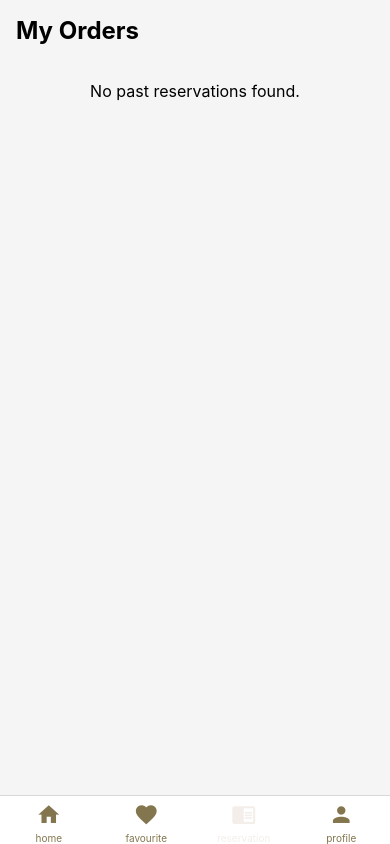
Repository: TemoshoS/restaurant-app
Screen: /reservation
The author's editor kept a copy of each file at every save. The screen is drawn from the files as they stood at one save, then again after the next save.
The page's requests for data from a server got no answer. The app was drawn by React Native's web renderer in a window 390 px wide. The project was rebuilt for these pictures with package versions that can differ from the ones it lists, and the page was loaded fresh each time. No one was signed in, and anything a server would have sent is missing. Also part of the build but not shown: Screens/LoginScreen.js, Screens/HomeScreen.js, Screens/RegisterScreen.js, Screens/RestaurantDetailsScreen.js, Screens/MenuScreen.js, Screens/ReservationScreen.js, Screens/ProfileScreen.js, Screens/FavoriteRestaurantScreen.js and 2 more.

Above is the screen before, as saved 2023-12-22 15:49:25.

### App.js
// Import necessary components and modules
import React, { useEffect, useState } from 'react';
import { StyleSheet } from 'react-native';
import { NavigationContainer } from '@react-navigation/native';
import { createStackNavigator } from '@react-navigation/stack';
import { createBottomTabNavigator } from '@react-navigation/bottom-tabs';
import LoginScreen from './Screens/LoginScreen';
import HomeScreen from './Screens/HomeScreen';
import RegisterScreen from './Screens/RegisterScreen';
import RestaurantScreen from './Screens/RestaurantScreen';
import RestaurantDetailsScreen from './Screens/RestaurantDetailsScreen';
import MenuScreen from './Screens/MenuScreen';
import ReservationScreen from './Screens/ReservationScreen';
import PastReserevationScreen from './Screens/PastReserevationScreen';
import ProfileScreen from './Screens/ProfileScreen';
import store from './store/store';
import { Provider } from 'react-redux';
import MaterialCommunityIcons from 'react-native-vector-icons/MaterialCommunityIcons';
import FavoriteRestaurantScreen from './Screens/FavoriteRestaurantScreen';
import ForgotPasswordScreen from './Screens/ForgotPasswordScreen'
import Dashboard from './Screens/Dashboard';
import { auth } from './config/firebase';

const Stack = createStackNavigator();
const Tab = createBottomTabNavigator();

export default function App() {
  const [isAdmin, setIsAdmin] = useState(false);

  useEffect(() => {
    const checkAdminStatus = async () => {
      const user = auth.currentUser;
      const isAdminUser = user ? user.email === 'temosho@admin.co' : false; // Replace with your admin email
      setIsAdmin(isAdminUser);
    };

    checkAdminStatus();
  }, []);

  function MainStack() {
    return (
      <Stack.Navigator initialRouteName='Restaurants'>
        <Stack.Screen name="Restaurants" component={RestaurantScreen} options={{ headerShown: false }} />
        <Stack.Screen name='Welcome' component={HomeScreen} options={{ headerShown: false }} />
        <Stack.Screen name='Login' component={LoginScreen} options={{ headerShown: false }} />
        <Stack.Screen name='Register' component={RegisterScreen} options={{ headerShown: false }} />
        <Stack.Screen name='Restaurant info' component={RestaurantDetailsScreen} options={{
          headerShown: true,
          headerStyle: {
            backgroundColor: '#83764F',
          },
          headerTitle: '',
          headerTitleStyle: {
            color: '#F3EEEA',
            fontWeight: 'bold',
            fontSize: 18,
          },
          headerTintColor: '#F3EEEA',
          headerBackTitleVisible: false,
          headerBackImage: () => (
            <MaterialCommunityIcons name="arrow-left" size={24} color="#F3EEEA" />
          ),
        }}  />
        <Stack.Screen name='Menu' component={MenuScreen} options={{
          headerShown: true,
          headerStyle: {
            backgroundColor: '#83764F',
          },
          headerTitle: '',
          headerTitleStyle: {
            color: '#F3EEEA',
            fontWeight: 'bold',
            fontSize: 18,
          },
          headerTintColor: '#F3EEEA',
          headerBackTitleVisible: false,
          headerBackImage: () => (
            <MaterialCommunityIcons name="arrow-left" size={24} color="#F3EEEA" />
          ),
        }} />
        {!isAdmin && (
          <Stack.Screen name='ReservationScreen' component={ReservationScreen} options={{
            headerShown: true,
            headerStyle: {
              backgroundColor: '#83764F',
            },
            headerTitle: '',
            headerTitleStyle: {
              color: '#F3EEEA',
              fontWeight: 'bold',
              fontSize: 18,
            },
            headerTintColor: '#F3EEEA',
            headerBackTitleVisible: false,
            headerBackImage: () => (
              <MaterialCommunityIcons name="arrow-left" size={24} color="#F3EEEA" />
            ),
          }}/>
        )}
        <Stack.Screen name='profile' component={ProfileScreen} options={{ headerShown: false }} />
        <Stack.Screen name='dashboard' component={Dashboard} options={{ headerShown: false }} />
        <Stack.Screen name='ForgotPasswordScreen' component={ForgotPasswordScreen} options={{ headerShown: false }} />
      </Stack.Navigator>
    );
  }

  function TabNavigator() {
    return (
      <Tab.Navigator
        tabBarOptions={{
          activeTintColor: '#F3EEEA',
          inactiveTintColor: '#83764F',
        }}
      >
        <Tab.Screen
          name="home"
          component={MainStack}
          options={{
            headerShown: false,
            tabBarIcon: ({ color, size }) => (
              <MaterialCommunityIcons name="home" color={color} size={size} />
            ),
          }}
        />
        {!isAdmin && (
          <Tab.Screen
            name="favourite"
            component={FavoriteRestaurantScreen}
            options={{
              headerShown: false,
              tabBarIcon: ({ color, size }) => (
                <MaterialCommunityIcons name="heart" color={color} size={size} />
              ),
            }}
          />
        )}
        {!isAdmin && (
          <Tab.Screen
            name="reservation"
            component={PastReserevationScreen}
            options={{
              headerShown: false,
              tabBarIcon: ({ color, size }) => (
                <MaterialCommunityIcons name="book-open" color={color} size={size} />
              ),
            }}
          />
        )}
        <Tab.Screen
          name="profile"
          component={ProfileScreen}
          options={{
            headerShown: false,
            tabBarIcon: ({ color, size }) => (
              <MaterialCommunityIcons name="account" color={color} size={size} />
            ),
          }}
        />
      </Tab.Navigator>
    );
  }

  return (
    <Provider store={store}>
      <NavigationContainer>
        <TabNavigator />
      </NavigationContainer>
    </Provider>
  );
}

const styles = StyleSheet.create({
  container: {
    flex: 1,
    backgroundColor: 'black',
    alignItems: 'center',
    justifyContent: 'center',
  },
});

### Screens/PastReserevationScreen.js
import React, { useEffect, useState } from 'react';
import { connect } from 'react-redux';
import { fetchPastReservations } from '../actions/reserveAction';
import { StyleSheet, Text, View, ScrollView } from 'react-native';
import { Table, Row } from 'react-native-table-component';
import { getAuth, onAuthStateChanged } from 'firebase/auth';

const PastReservationScreen = ({ pastReservations, fetchPastReservations }) => {
  const [currentUserId, setCurrentUserId] = useState(null);

  useEffect(() => {
    const auth = getAuth();
    const unsubscribe = onAuthStateChanged(auth, (user) => {
      if (user) {
        setCurrentUserId(user.uid);
        fetchPastReservations(user.uid);
      } else {
        setCurrentUserId(null);
      }
    });

    return () => unsubscribe();
  }, [fetchPastReservations]);

  const getStatusColor = (status) => {
    switch (status) {
      case 'booked':
        return 'green';
      case 'canceled':
        return 'red';
        case 'pending':
          return 'orange';
      default:
        return '#E7E6E1';
    }
  };



  return (
    <ScrollView style={styles.container}>
      <Text style={styles.title}>My Orders</Text>
      {pastReservations.length > 0 ? (
        pastReservations.map((reservation, index) => (
          <View key={index} style={styles.reservationCard}>
            <View style={styles.cardHeader}>
              <Text style={styles.reservationDate}>
                {new Date(reservation.selectedDate.seconds * 1000).toLocaleDateString()}
              </Text>
              <Text style={styles.restaurantName}>{reservation.restName}</Text>
            </View>

            <Table borderStyle={{ borderWidth: 1, borderColor: '#C1C0B9' }}>
              <Row
                data={['Location:', reservation.restLocation]}
                style={styles.tableRow}
                textStyle={styles.info}
              />
              <Row
                data={['Full Name:', reservation.fullName]}
                style={styles.tableRow}
                textStyle={styles.info}
              />
              <Row
                data={['Phone Number:', reservation.phone]}
                style={styles.tableRow}
                textStyle={styles.info}
              />
              <Row
                data={['Occasion:', reservation.occasion]}
                style={styles.tableRow}
                textStyle={styles.info}
              />
              <Row
                data={['Number of Guests:', reservation.numOfGuests]}
                style={styles.tableRow}
                textStyle={styles.info}
              />
              <Row
              data={['Status:', reservation.status]}
              style={[styles.tableRow, { backgroundColor: getStatusColor(reservation.status) }]}
              textStyle={styles.info}
            />
            </Table>
          </View>
        ))
      ) : (
        <Text style={styles.emptyMessage}>No past reservations found.</Text>
      )}
    </ScrollView>
  );
};

const mapStateToProps = (state) => ({
  pastReservations: state.reservation.pastReservations,
});

export default connect(mapStateToProps, { fetchPastReservations })(PastReservationScreen);

const styles = StyleSheet.create({
  container: {
    flex: 1,
    padding: 16,
    backgroundColor: '#F5F5F5',
  },
  title: {
    fontSize: 24,
    fontWeight: 'bold',
    marginBottom: 16,
  },
  reservationCard: {
    backgroundColor: 'white',
    borderRadius: 8,
    padding: 16,
    marginBottom: 16,
    shadowColor: '#000',
    shadowOffset: { width: 0, height: 2 },
    shadowOpacity: 0.2,
    shadowRadius: 4,
    elevation: 5,
  },
  cardHeader: {
    flexDirection: 'row',
    justifyContent: 'space-between',
    marginBottom: 12,
  },
  reservationDate: {
    fontSize: 14,
    fontWeight: 'bold',
  },
  restaurantName: {
    fontSize: 14,
    color: '#007BFF',
  },
  tableRow: {
    height: 40,
    backgroundColor: '#E7E6E1',
  },
  info: {
    fontSize: 16,
    textAlign: 'center',
  },
  emptyMessage: {
    fontSize: 16,
    textAlign: 'center',
    marginTop: 20,
  },
});

### store/store.js
import { createStore, applyMiddleware, combineReducers } from 'redux';
import thunk from 'redux-thunk';
import restaurantsReducer from '../reducers/restaurantsReducer';
import reserveReducer from '../reducers/reserveReducer';
import authReducer from '../reducers/authReducer';
import favoriteRestaurantsReducer from '../reducers/favoriteRestaurantsReducer';


const rootReducer = combineReducers({
  restaurants: restaurantsReducer,
  reservation: reserveReducer,
  auth: authReducer,
  favoriteRestaurants: favoriteRestaurantsReducer,

});

const store = createStore(rootReducer, applyMiddleware(thunk));

export default store;

### config/firebase.js
// Import the functions you need from the SDKs you need
import { initializeApp } from "firebase/app";
import { getAnalytics } from "firebase/analytics";

import {getAuth} from 'firebase/auth';
import {getFirestore} from 'firebase/firestore'
// TODO: Add SDKs for Firebase products that you want to use
// https://firebase.google.com/docs/web/setup#available-libraries

// Your web app's Firebase configuration
// For Firebase JS SDK v7.20.0 and later, measurementId is optional
const firebaseConfig = {
  apiKey: "AIzaSyDa4_cUmrR60k82VypxJ_US-F7FEiItCL4",
  authDomain: "restaurant-app-da7bc.firebaseapp.com",
  projectId: "restaurant-app-da7bc",
  storageBucket: "restaurant-app-da7bc.appspot.com",
  messagingSenderId: "598136487640",
  appId: "1:598136487640:web:f77577fdc1710db8c1a1ad",
  measurementId: "G-6D4DHL06Z0"
};

// Initialize Firebase
const app = initializeApp(firebaseConfig);
const analytics = getAnalytics(app);

const auth = getAuth(app)
const db = getFirestore(app)
export {auth, db}

### actions/authActions.js
import { sendPasswordResetEmail } from 'firebase/auth';
import { auth } from '../config/firebase';
export const LOGIN_SUCCESS = 'LOGIN_SUCCESS';
export const REGISTER_SUCCESS = 'REGISTER_SUCCESS';
export const FORGOT_PASSWORD_REQUEST = 'FORGOT_PASSWORD_REQUEST';
export const FORGOT_PASSWORD_SUCCESS = 'FORGOT_PASSWORD_SUCCESS';
export const FORGOT_PASSWORD_FAILURE = 'FORGOT_PASSWORD_FAILURE';
export const LOGOUT = 'LOGOUT';

export const loginSuccess = (user) => ({
  type: LOGIN_SUCCESS,
  payload: user,
});

export const registerSuccess = (user) => ({
  type: REGISTER_SUCCESS,
  payload: user,
});

export const forgotPasswordRequest = () => ({
  type: FORGOT_PASSWORD_REQUEST,
});

export const forgotPasswordSuccess = () => ({
  type: FORGOT_PASSWORD_SUCCESS,
});

export const forgotPasswordFailure = (error) => ({
  type: FORGOT_PASSWORD_FAILURE,
  payload: error,
});

export const forgotPassword = (email) => {
  return async (dispatch) => {
    dispatch(forgotPasswordRequest());

    try {
      await sendPasswordResetEmail(auth, email);
      dispatch(forgotPasswordSuccess());
    } catch (error) {
      dispatch(forgotPasswordFailure(error));
    }
  };
};

export const logout = () => ({
  type: LOGOUT,
});

### actions/restaurant.js
import { db } from "../config/firebase";
import { collection ,getDocs} from "firebase/firestore";

export const FETCH_RESTAURANTS = 'FETCH_RESTAURANTS';

export const fetchRestaurants = () => {
  return async (dispatch) => {
    const restaurantsCollection = collection(db, 'restaurants');
    const snapshot = await getDocs(restaurantsCollection);
    const restaurants = [];
    snapshot.forEach((doc) => {
      restaurants.push(doc.data());
    });
    dispatch({ type: FETCH_RESTAURANTS, payload: restaurants });
  };
};

### components/navbar.js
import React,{useState, useEffect} from 'react';
import { StyleSheet, Text, View } from 'react-native';
import Icon from 'react-native-vector-icons/FontAwesome';
import { getAuth, onAuthStateChanged } from 'firebase/auth';


const Navbar = () => {
  const [currentUser, setCurrentUser] = useState(null);

  useEffect(()=>{
    const auth = getAuth();

    const unsubscribe = onAuthStateChanged(auth, (user)=>{
      if (user) {
        setCurrentUser(user.displayName);

      } else {
        setCurrentUser(null);

      }
    });

    return()=> unsubscribe();
  },[]);

  const getCurrentTimeOfDay = () => {
    const currentHour = new Date().getHours();
    if (currentHour >= 0 && currentHour < 12) {
      return 'morning';
    } else if (currentHour >= 12 && currentHour < 18) {
      return 'afternoon';
    } else {
      return 'evening';
    }
  };

  return (
    <View style={styles.container}>
      <View style={styles.user}>
        <Text style={styles.greetingText}>
          Good {getCurrentTimeOfDay()},
        </Text>
        <View style={styles.userRow}>
          <Icon name="user" size={20} color="#fff" />
          <Text style={styles.userText}>{currentUser}</Text>
        </View>
      </View>
    </View>
  );
};

const styles = StyleSheet.create({
  container: {
    backgroundColor: '#83764F',
    paddingVertical: 10,
    paddingHorizontal: 20,
    marginBottom: 40,
  },
  user: {
    flexDirection: 'row',
    alignItems: 'center',
  },
  greetingText: {
    fontSize: 20,
    fontWeight: 'bold',
    color: '#fff',
    fontFamily: 'Roboto Slab',
  },
  userRow: {
    flexDirection: 'row',
    alignItems: 'center',
    marginLeft: 100
  },
  userText: {
    marginLeft: 10,
    fontSize: 18,
    fontWeight: 'bold',
    color: '#fff',
  },
});

export default Navbar;

### components/search.js
import React from 'react';
import { StyleSheet, View, TextInput } from 'react-native';
import { Ionicons } from '@expo/vector-icons'; // You may need to install the Ionicons package

const Search = ({ onSearch }) => {
  return (
    <View style={styles.container}>
      <View style={styles.inputContainer}>
        <Ionicons name="search" size={24} color="#666" style={styles.searchIcon} />
        <TextInput
          style={styles.searchInput}
          placeholder="Search"
          placeholderTextColor="#666"
          onChangeText={(text) => onSearch(text)}
        />
      </View>
    </View>
  );
};

const styles = StyleSheet.create({
  container: {
    alignItems: 'center',
    marginBottom: 20
  },
  inputContainer: {
    flexDirection: 'row',
    alignItems: 'center',
    backgroundColor: '#ccc',
    paddingVertical: 8,
    paddingHorizontal: 12,
    borderRadius: 25,
  },
  searchIcon: {
    marginRight: 10,
  },
  searchInput: {
    flex: 1,
    fontSize: 16,
    color: '#333',

  },
});

export default Search;

### actions/reserveAction.js
import { db } from "../config/firebase";
import { collection, addDoc, getDocs, query, where } from "firebase/firestore";

export const RESERVE_SUCCESS = "RESERVE_SUCCESS";
export const RESERVE_FAILURE = "RESERVE_FAILURE";
export const FETCH_ALL_RESERVATIONS = 'FETCH_ALL_RESERVATIONS';
export const FETCH_PAST_RESERVATIONS = 'ETCH_PAST_RESERVATIONS';


export const reserveTable = (reservationData) => {
  return async (dispatch) => {
    try {
      // Save the reservation data to Firestore
      const ordersCollection = collection(db, "Orders");
      const docRef = await addDoc(ordersCollection, reservationData);


      dispatch({ type: RESERVE_SUCCESS, payload: docRef });
    } catch (error) {

      dispatch({ type: RESERVE_FAILURE, payload: error.message });
    }
  };
};

export const fetchPastReservations = (userId) => {
  return async (dispatch) => {
    try {

      //query to fetch reservations based on the userId
      const reservationsCollection = collection(db, 'Orders');
      const userQuery = query(reservationsCollection, where('userId', '==', userId));

      const snapshot = await getDocs(userQuery);

      const pastReservations = [];
      snapshot.forEach((doc) => {
        pastReservations.push(doc.data());
      });


      dispatch({ type: FETCH_PAST_RESERVATIONS, payload: pastReservations });
    } catch (error) {
      // Handle errors
      console.error('Error fetching past reservations:', error);
    }
  };
}


export const fetchAllReservations = () => {
  return async (dispatch) => {
    try {
      // Query to fetch all reservations
      const reservationsCollection = collection(db, 'Orders');
      const snapshot = await getDocs(reservationsCollection);
      const allReservations = [];

      snapshot.forEach((doc) => {
        allReservations.push(doc.data());
      });

      dispatch({ type: FETCH_ALL_RESERVATIONS, payload: allReservations });
    } catch (error) {
      console.error('Error fetching all reservations:', error);
    }
  };
};

### reducers/restaurantsReducer.js
import { FETCH_RESTAURANTS } from "../actions/restaurant";


const initialState = {
    restaurants: [],
};

const restaurantsReducer = (state = initialState, action) =>{

    switch (action.type) {
        case FETCH_RESTAURANTS:
          return { ...state, restaurants: action.payload };
        default:
          return state;
      }


};

export default restaurantsReducer;

### reducers/reserveReducer.js
import { RESERVE_SUCCESS, RESERVE_FAILURE, FETCH_PAST_RESERVATIONS,FETCH_ALL_RESERVATIONS } from "../actions/reserveAction";

const initialState = {
  reservationSuccess: null,
  reservationError: null,
  pastReservations: [],
  allReservations: [],
  loading: false,
};

const reserveReducer = (state = initialState, action) => {
  switch (action.type) {
    case RESERVE_SUCCESS:
      return { ...state, reservationSuccess: action.payload, reservationError: null };
    case RESERVE_FAILURE:
      return { ...state, reservationSuccess: null, reservationError: action.payload };
    case FETCH_PAST_RESERVATIONS:
      return { ...state, pastReservations: action.payload };
      case FETCH_ALL_RESERVATIONS:
        return { ...state, allReservations: action.payload, loading: false };
    default:
      return state;
  }
};

export default reserveReducer;

### reducers/authReducer.js
import {
  LOGIN_SUCCESS,
  REGISTER_SUCCESS,
  LOGOUT ,
  FORGOT_PASSWORD_REQUEST,
  FORGOT_PASSWORD_SUCCESS,
  FORGOT_PASSWORD_FAILURE,} from '../actions/authActions';

const initialState = {
  user: null,
  isAuthenticated: false,
  forgotPasswordLoading: false,
  forgotPasswordSuccess: false,
  forgotPasswordError: null,

};

const authReducer = (state = initialState, action) => {
  switch (action.type) {
    case LOGIN_SUCCESS:
    case REGISTER_SUCCESS:
      return {
        ...state,
        user: action.payload,
        isAuthenticated: true,
      };
      case FORGOT_PASSWORD_REQUEST:
        return {
          ...state,
          forgotPasswordLoading: true,
          forgotPasswordSuccess: false,
          forgotPasswordError: null,
        };
      case FORGOT_PASSWORD_SUCCESS:
        return {
          ...state,
          forgotPasswordLoading: false,
          forgotPasswordSuccess: true,
          forgotPasswordError: null,
        };
      case FORGOT_PASSWORD_FAILURE:
      return {
        ...state,
        forgotPasswordLoading: false,
        forgotPasswordSuccess: false,
        forgotPasswordError: action.payload,
      };
    case LOGOUT:
      return {
        ...state,
        user: null,
        isAuthenticated: false,
      };
    default:
      return state;
  }
};

export default authReducer;

### reducers/favoriteRestaurantsReducer.js
import { FETCH_FAV_RESTAURANTS } from "../actions/favoriteRestaurantActions";


const initialState = {
    favRestaurants: [],
};

const favRestaurantsReducer = (state = initialState, action) =>{

    switch (action.type) {
        case FETCH_FAV_RESTAURANTS:
          return { ...state, favRestaurants: action.payload };
        default:
          return state;
      }


};

export default favRestaurantsReducer;

### actions/favoriteRestaurantActions.js
import { db } from "../config/firebase";
import { collection ,getDocs} from "firebase/firestore";

export const FETCH_FAV_RESTAURANTS = 'FETCH_FAV_RESTAURANTS';

export const fetchFavouriteRestaurants = () => {
  return async (dispatch) => {
    const restaurantsCollection = collection(db, 'favouriteRestaurants');
    const snapshot = await getDocs(restaurantsCollection);
    const favRestaurants = [];
    snapshot.forEach((doc) => {
      favRestaurants.push(doc.data());
    });
    dispatch({ type: FETCH_FAV_RESTAURANTS, payload: favRestaurants });
  };
};

Loaded but not shown: Screens/RestaurantScreen.js (497 lines, source omitted)

After the next save:
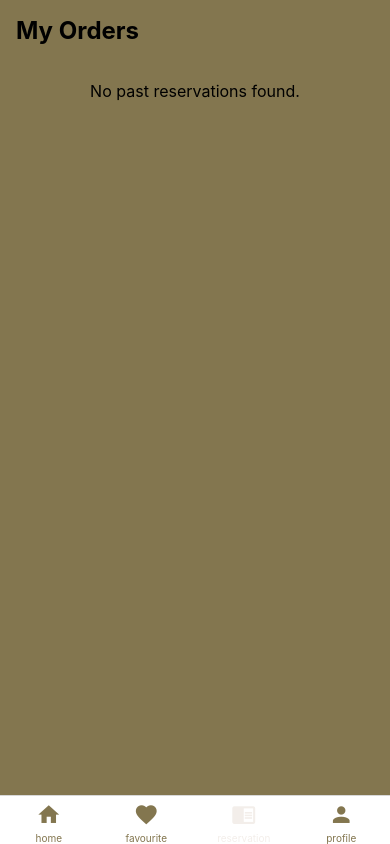
Saved 2 min 29 s later.
--- a/Screens/PastReserevationScreen.js
+++ b/Screens/PastReserevationScreen.js
@@ -101,7 +101,7 @@ const styles = StyleSheet.create({
   container: {
     flex: 1,
     padding: 16,
-    backgroundColor: '#F5F5F5',
+    backgroundColor: '#83764F',
   },
   title: {
     fontSize: 24,
